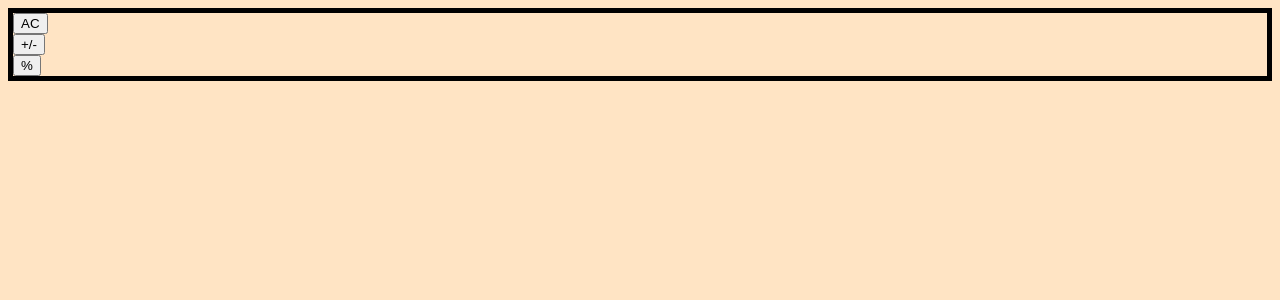
Repository: noahcallen/LAB-calculator
Page: index.html
The author's editor kept a copy of each file at every save. The page is drawn from the files as they stood at one save, then again after the next save.
The browser window is 1280 px wide. The pictures show the whole page.

Above is the page before, as saved 2024-07-09 21:18:40.

After the next save:
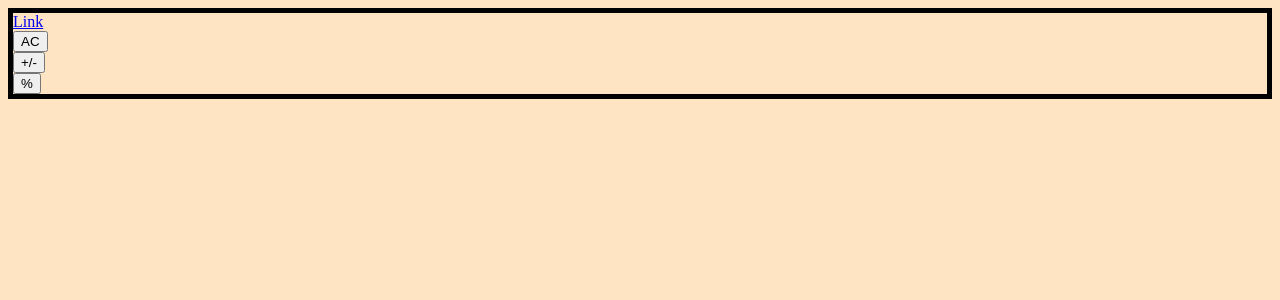
Saved 80 s later.
--- a/index.html
+++ b/index.html
@@ -10,16 +10,20 @@
 <body>
   <!-- box for calculator outline -->
   <div class="outline">
-    <div class="button1">
-      <input class="btn btn-primary" type="reset" value="AC">
-    </div>
 
-    <div class="button2">
-      <input class="btn btn-primary" type="reset" value="+/-">
-    </div>
+    <div>
+      <a class="btn btn-primary" href="#" role="button">Link</a>
+      <div class="button1">
+        <input class="btn btn-primary" type="reset" value="AC">
+      </div>
 
-    <div class="button3">
-      <input class="btn btn-primary" type="reset" value="%">
+      <div class="button2">
+        <input class="btn btn-primary" type="reset" value="+/-">
+      </div>
+
+      <div class="button3">
+        <input class="btn btn-primary" type="reset" value="%">
+      </div>
     </div>
 
 
